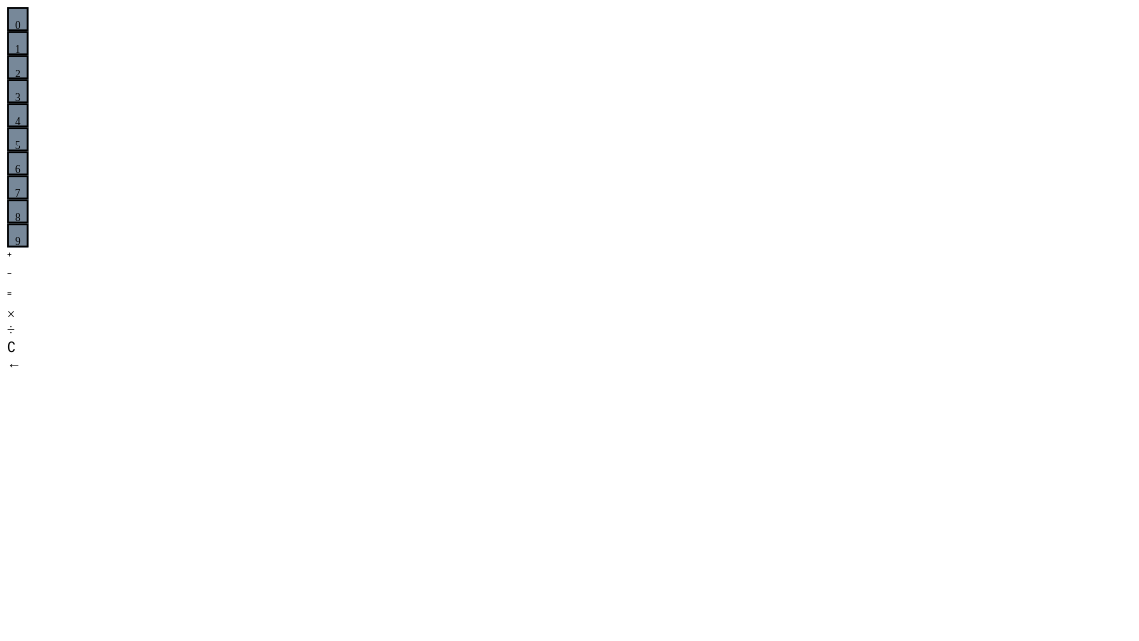
Repository: TEazy2433/LAB-calculator
Page: index.html
These files come from the project's save history. The page is drawn as it stood at one moment and after the next save; the edit follows.
The browser window is 1280 px wide. The pictures show the whole page, at 89% of full size.

Above is the page before, as saved 2023-10-12 21:07:36.

After the next save:
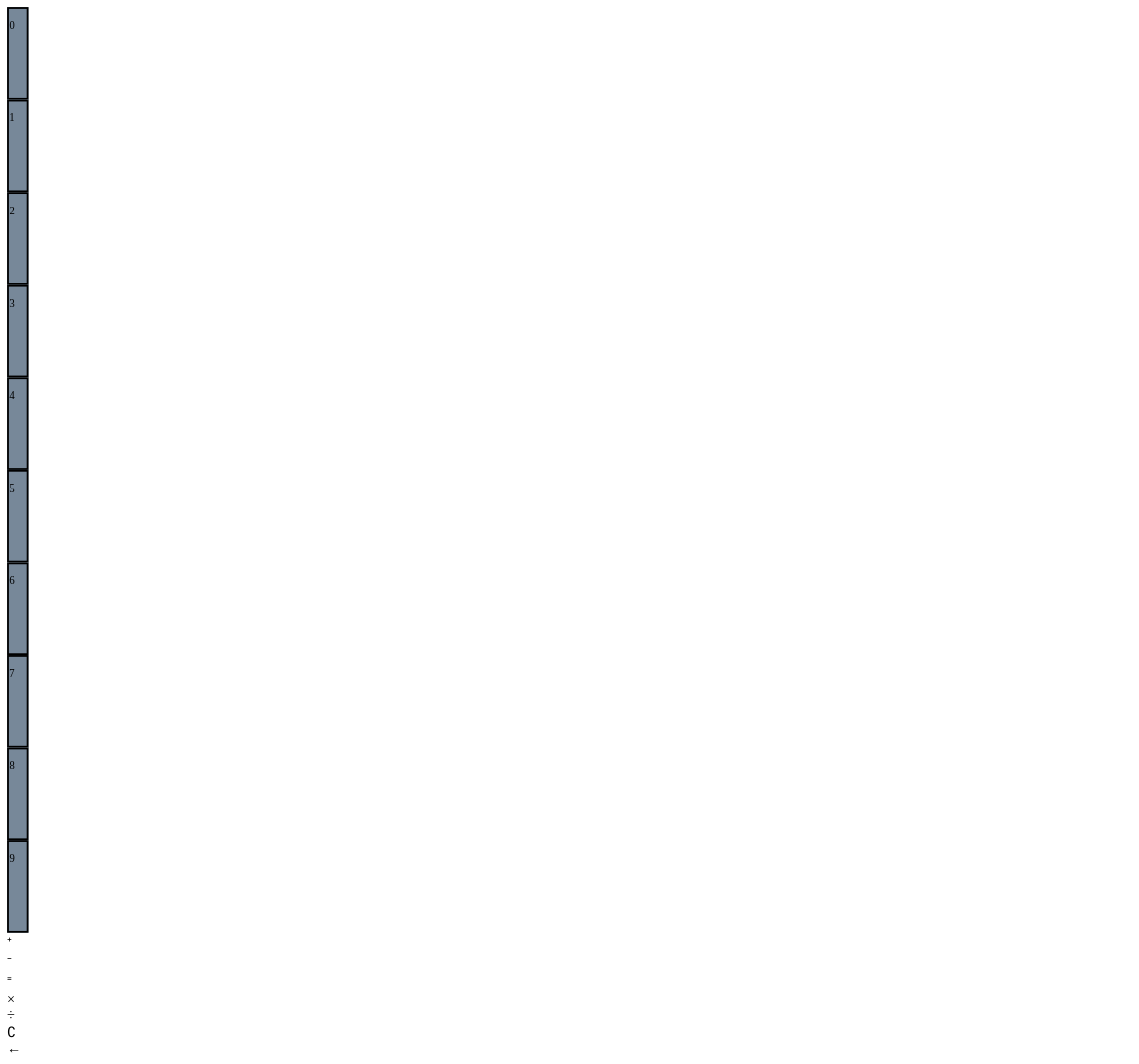
Saved 23 s later.
--- a/main.css
+++ b/main.css
@@ -6,11 +6,11 @@
   border: solid black 2px;
   background-color: lightslategrey;
   text-align: center;
-}
-.buttons{
   display: grid;
   grid-template-columns: repeat(3, 1fr);
   gap: 10px;
   grid-auto-rows: minmax(100px, auto);
+}
+.buttons{
 
 }
